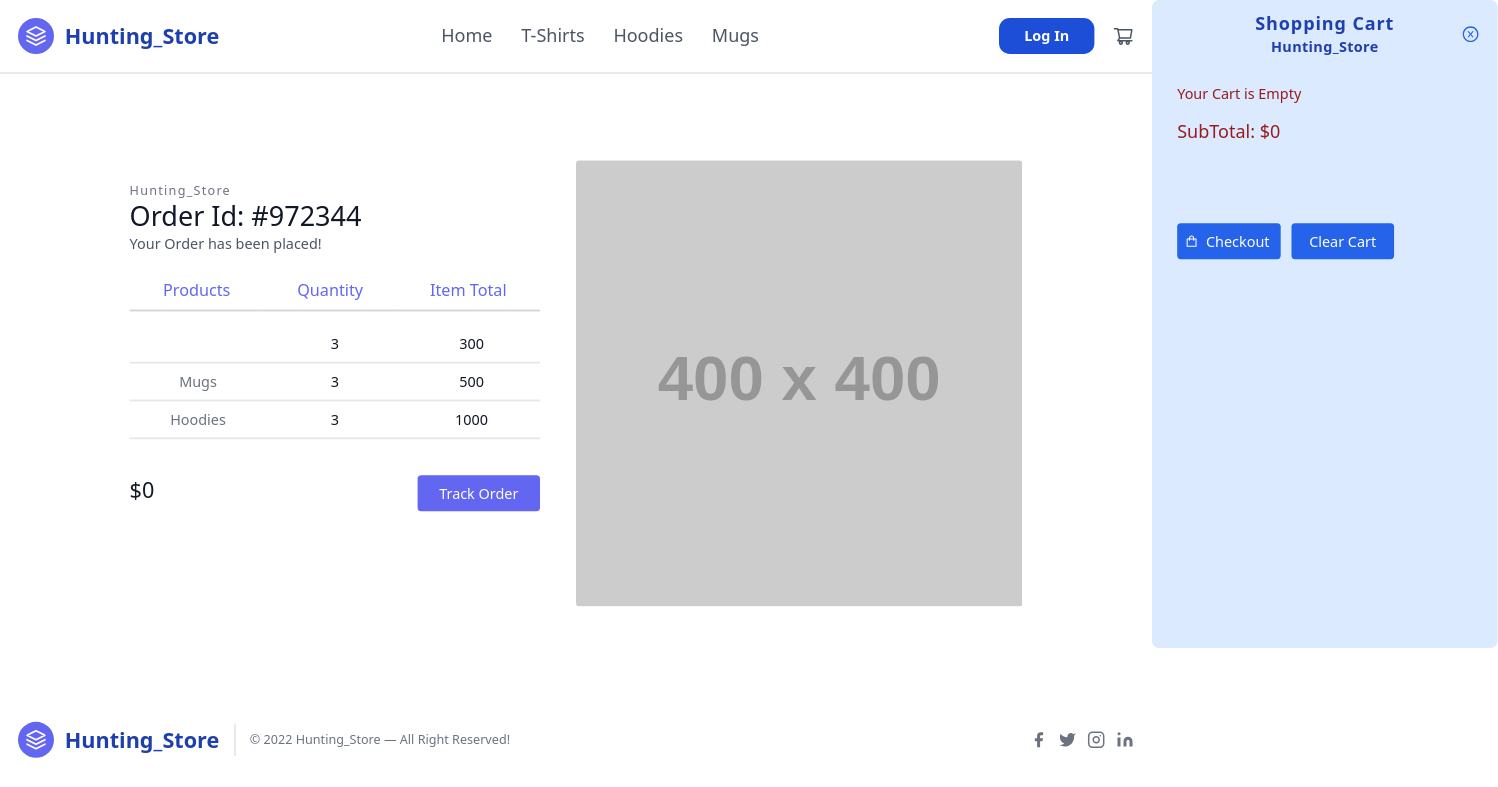
Repository: faixanmalik/ecom-store
Page: /order
An editor plug-in stored every save of this project. The page is shown before and after the next save, followed by the edit.
The browser window is 1280 px wide. The page is 1664 px wide, so the pictures cover 1664 px, including what lies to the right of the window. The pictures show the whole page, at 90% of full size.
The project was rebuilt for these pictures with package versions that can differ from the ones it lists, and the page was loaded fresh each time. The framework's server and built-in components were replaced by stand-ins that run in the browser. Also part of the build but not shown: next.config.js.

Above is the page before, as saved 2022-12-26 17:27:43.

After the next save:
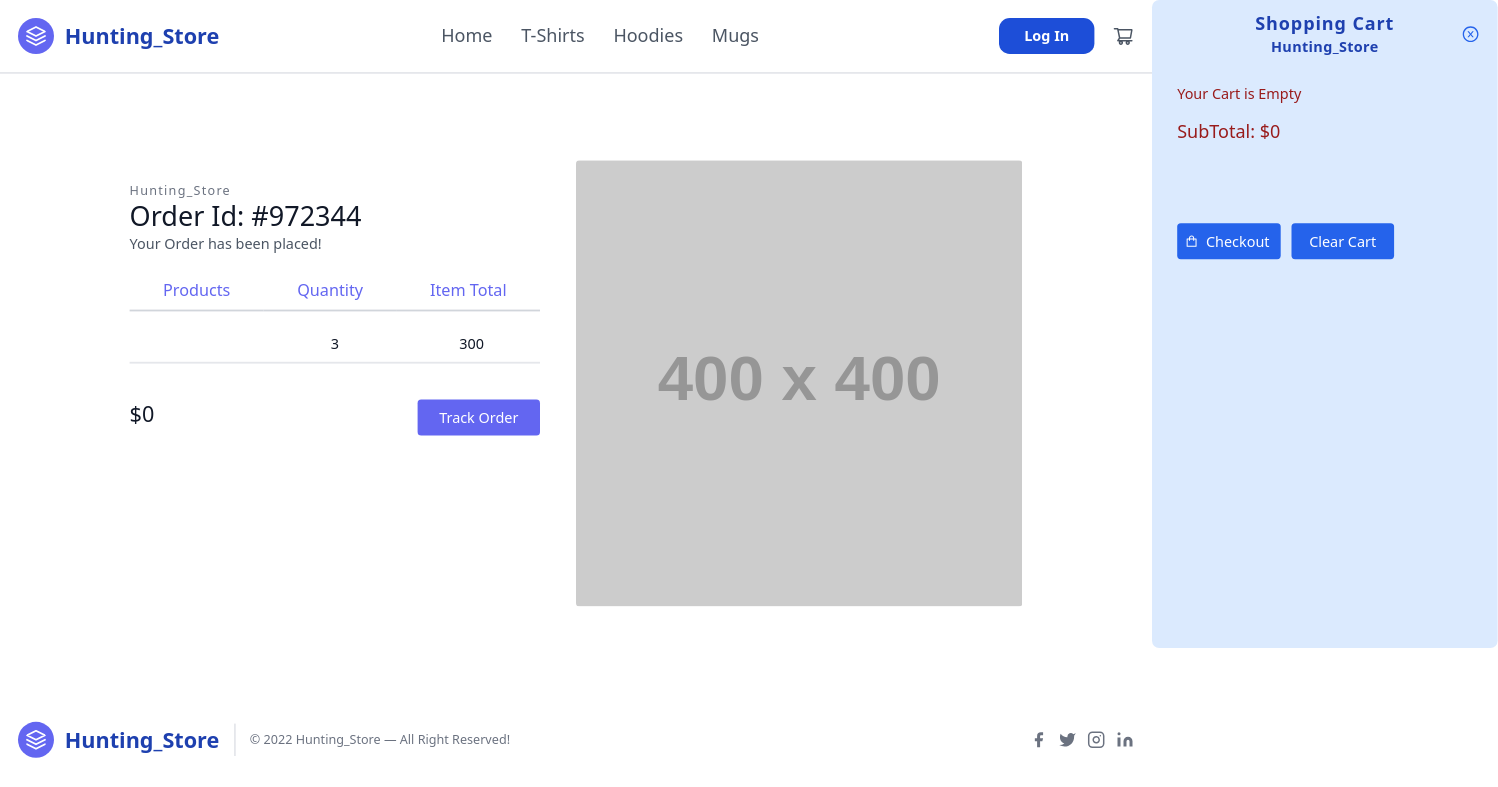
Saved 77 s later.
--- a/pages/order.js
+++ b/pages/order.js
@@ -17,21 +17,14 @@ function Order({subTotal, cart }) {
 
 
       <div className='mb-10'>
+
+
         <div class="flex w-full border-b-2 border-gray-200 py-2">
           <div class="w-1/3 text-center text-gray-500">{cart.title}</div>
           <div class="w-1/3 text-center text-gray-900">3</div>
           <div class="w-1/3 text-center text-gray-900">300</div>
         </div>
-        <div class="flex w-full border-b-2 border-gray-200 py-2">
-          <div class="w-1/3 text-center text-gray-500">Mugs</div>
-          <div class="w-1/3 text-center text-gray-900">3</div>
-          <div class="w-1/3 text-center text-gray-900">500</div>
-        </div>
-        <div class="flex w-full border-b-2 border-gray-200 py-2">
-          <div class="w-1/3 text-center text-gray-500">Hoodies</div>
-          <div class="w-1/3 text-center text-gray-900">3</div>
-          <div class="w-1/3 text-center text-gray-900">1000</div>
-        </div>
+
 
       </div>
 
